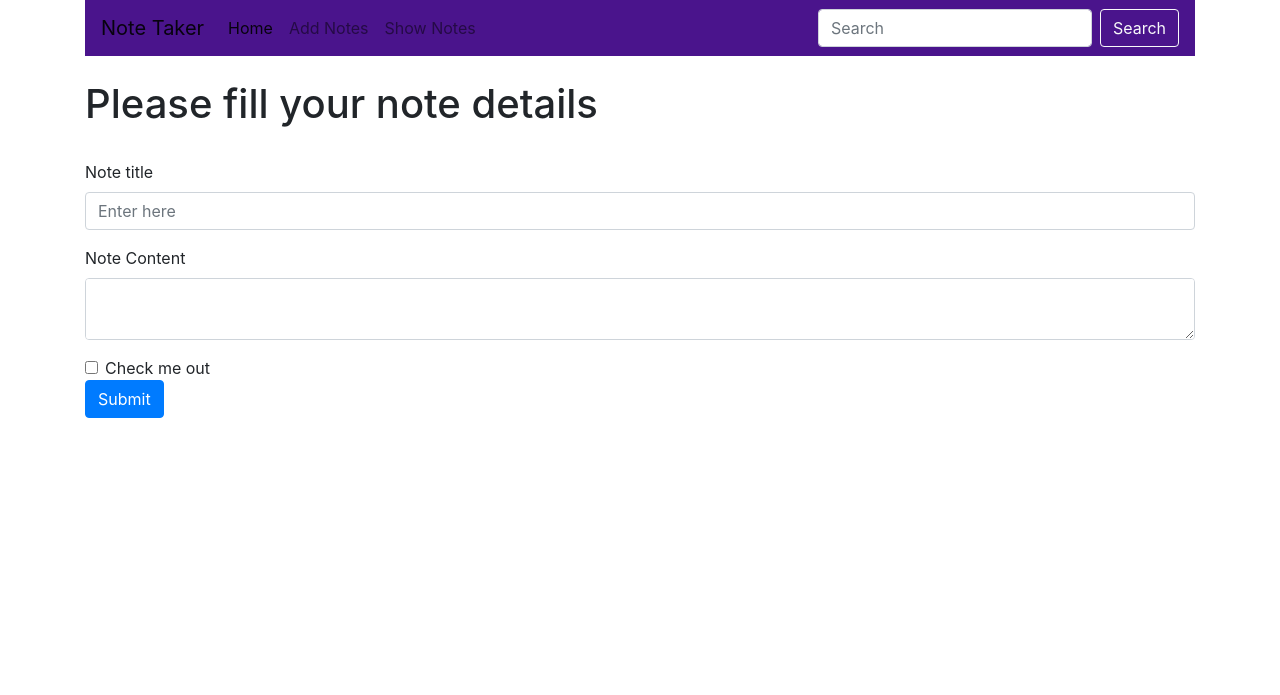
Repository: nayanchy123456/TODO-Project
Page: http://localhost/NoteTaker/add_notes.jsp
These files come from the project's save history. The page is drawn as it stood at one moment and after the next save; the edit follows.
The browser window is 1280 px wide. The pictures show the whole page.
Some web libraries are served in a nearby version. The page is served by Tomcat 10. Other server files are loaded and not shown.

Above is the page before, as saved 2024-09-03 11:05:21.

### TODO webApplication/NoteTaker/src/main/webapp/add_notes.jsp
<!doctype html>
<html lang="en">
  <head>
    <!-- Required meta tags -->
    <meta charset="utf-8">
    <meta name="viewport" content="width=device-width, initial-scale=1, shrink-to-fit=no">


    <title>Add Notes</title>
    <%@include file = "all_js_css.jsp" %>
  </head>
  <body>
   <div class = "container">
    	<%@include file = "navbar.jsp" %>

    	<br>
    	<h1>Please fill your note details</h1>
    	<br>

    	<!-- this is add form  -->
    	<form action ="SaveNoteServlet" method = "post">
  <div class="form-group">
    <label for="title">Note title</label>
    <input type="text" class="form-control" id="title"  placeholder="Enter here">

  </div>

  <div class="form-group">
    <label for="content">Note Content</label>
    <textarea id="content" placeholder ="Enter your content here!!!!"  class = "form-control">


    </textarea>


  </div>
  <div class="form-check">
    <input type="checkbox" class="form-check-input" id="exampleCheck1">
    <label class="form-check-label" for="exampleCheck1">Check me out</label>
  </div>
  <button type="submit" class="btn btn-primary">Submit</button>
</form>

    </div>







  </body>
</html>

### TODO webApplication/NoteTaker/src/main/webapp/all_js_css.jsp
<!-- Bootstrap CSS -->
    <link rel="stylesheet" href="https://cdn.jsdelivr.net/npm/bootstrap@4.0.0/dist/css/bootstrap.min.css" integrity="sha384-Gn5384xqQ1aoWXA+058RXPxPg6fy4IWvTNh0E263XmFcJlSAwiGgFAW/dAiS6JXm" crossorigin="anonymous">

	<link href="css/style.css" rel="stylesheet">



    <!-- Optional JavaScript -->
    <!-- jQuery first, then Popper.js, then Bootstrap JS -->
    <script src="https://code.jquery.com/jquery-3.2.1.slim.min.js" integrity="sha384-KJ3o2DKtIkvYIK3UENzmM7KCkRr/rE9/Qpg6aAZGJwFDMVNA/GpGFF93hXpG5KkN" crossorigin="anonymous"></script>
    <script src="https://cdn.jsdelivr.net/npm/popper.js@1.12.9/dist/umd/popper.min.js" integrity="sha384-ApNbgh9B+Y1QKtv3Rn7W3mgPxhU9K/ScQsAP7hUibX39j7fakFPskvXusvfa0b4Q" crossorigin="anonymous"></script>
    <script src="https://cdn.jsdelivr.net/npm/bootstrap@4.0.0/dist/js/bootstrap.min.js" integrity="sha384-JZR6Spejh4U02d8jOt6vLEHfe/JQGiRRSQQxSfFWpi1MquVdAyjUar5+76PVCmYl" crossorigin="anonymous"></script>

### TODO webApplication/NoteTaker/src/main/webapp/navbar.jsp
<nav class="navbar navbar-expand-lg navbar-light purple">
  <a class="navbar-brand" href="index.jsp">Note Taker</a>
  <button class="navbar-toggler" type="button" data-toggle="collapse" data-target="#navbarSupportedContent" aria-controls="navbarSupportedContent" aria-expanded="false" aria-label="Toggle navigation">
    <span class="navbar-toggler-icon"></span>
  </button>

  <div class="collapse navbar-collapse" id="navbarSupportedContent">
    <ul class="navbar-nav mr-auto">
      <li class="nav-item active">
        <a class="nav-link" href="index.jsp">Home <span class="sr-only">(current)</span></a>
      </li>
      <li class="nav-item">
        <a class="nav-link" href="add_notes.jsp">Add Notes</a>
      </li>

      <li class="nav-item">
        <a class="nav-link " href="#">Show Notes</a>
      </li>
    </ul>
    <form class="form-inline my-2 my-lg-0">
      <input class="form-control mr-sm-2" type="search" placeholder="Search" aria-label="Search">
      <button class="btn btn-outline-light my-2 my-sm-0" type="submit">Search</button>
    </form>
  </div>
</nav>

### TODO webApplication/NoteTaker/src/main/webapp/css/style.css
.purple{

	background: #4A148C;
}

After the next save:
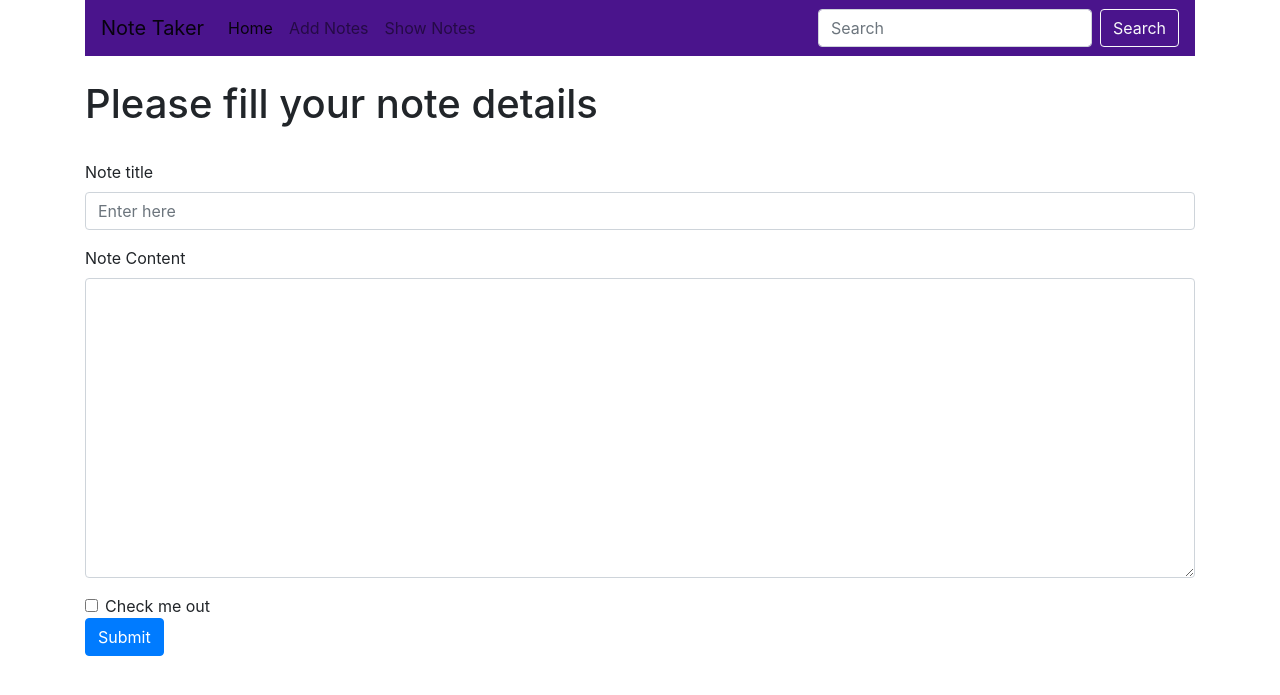
Saved 59 s later.
--- a/TODO webApplication/NoteTaker/src/main/webapp/add_notes.jsp
+++ b/TODO webApplication/NoteTaker/src/main/webapp/add_notes.jsp
@@ -27,7 +27,8 @@
 
   <div class="form-group">
     <label for="content">Note Content</label>
-    <textarea id="content" placeholder ="Enter your content here!!!!"  class = "form-control">
+    <textarea id="content" placeholder ="Enter your content here!!!!"  class = "form-control"
+    style ="height:300px">
 
 
     </textarea>
